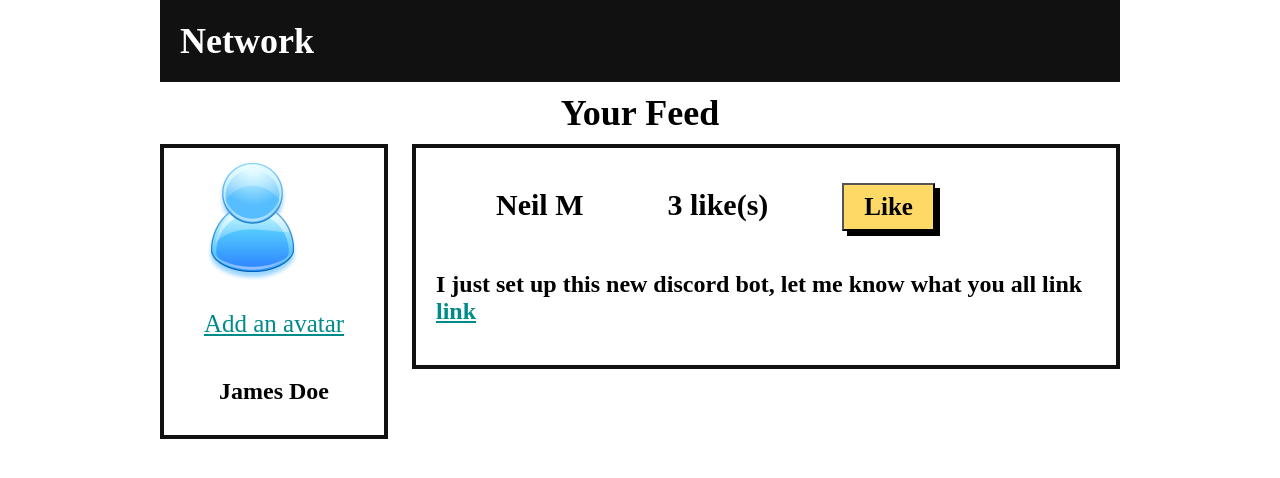
Repository: Blender20/liking_likes
Page: index.html
The author's editor kept a copy of each file at every save. The page is drawn from the files as they stood at one save, then again after the next save.
The browser window is 1280 px wide. The pictures show the whole page.
Some web fonts or font styles are not loaded; a fallback is used.

Above is the page before, as saved 2022-03-30 11:51:38.

### index.html
<!DOCTYPE html>
<html lang="en">

<head>
  <meta charset="UTF-8">
  <meta http-equiv="X-UA-Compatible" content="IE=edge">
  <meta name="viewport" content="width=device-width, initial-scale=1.0">
  <link rel="stylesheet" href="style.css">
  <title>Document</title>
</head>

<body>
  <nav>
    <h1>Network</h1>
  </nav>
  <div class="feed">
    <h1>Your Feed</h1>
  </div>
  <div class="container flex">
    <div class="leftColumn">
      <div class="img">
        <img src="./user.png" alt="user icon">
      </div>

      <div class="addAvatar"><a href="#">Add an avatar</a>
      </div>
      <div class="userInput">
        <h2>James Doe</h2>
      </div>
    </div>

    <div class="rightColumn">
      <h3>Neil M</h3>
      <h3><span id="likeCount">3</span> like(s)</h3>
      <button onclick="addLike()" id="like">Like</button>

      <div class="text-box">
        <h2>I just set up this new discord bot, let me know what you all link <a href="#">link</a></h2>
      </div>
    </div>
  </div>


  <script src="script.js"></script>
</body>

</html>

### style.css
@import url("https://fonts.googleapis.com/css2?family=Balsamiq+Sans:ital,wght@0,400;0,700;1,700&display=swap");
* {
  padding: 0;
  margin: 0;
  box-sizing: border-box;
  font-family: "Balsamiq Sans", cursive;
}

.flex {
  display: flex;
  justify-content: space-between;
  align-self: center;
  gap: 1.5em;
}
nav {
  min-height: 70px;
  background-color: #111;
  display: block;
  width: 75%;
  margin: 0 auto;

  color: #fff;
  font-family: "balsamiq Sans";
  padding: 10px;
}
.container {
  margin: 0 auto;
  width: 75%;
}

.leftColumn {
  border: 4px solid #111;
  /* margin-top: 50px; */
  flex: 1;
  margin: 0 auto;
}

.rightColumn {
  border: 4px solid #111;
  /* justify-content: space-between; */
  /* align-items: center; */
  flex: 3;
  padding: 20px;
  height: 225px;
}

h1 {
  font-size: 36px;
  padding: 10px;
}
h2 {
  /* display:inline-block */
  font-size: ;
}
h3 {
  font-size: 30px;
  display: inline;
  padding-left: 40px;
  margin: 20px;
  text-align: end;
}
.feed {
  text-align: center;
  justify-content: center;
}
.text-box {
  margin-top: 40px;
}
a {
  color: darkcyan;
}

#like {
  background-color: #ffd966;
  padding: 8px 20px;
  margin-top: 15px;
  margin-left: 50px;
  font-weight: 900;
  font-size: 25px;
  box-shadow: 5px 5px;
}
.avatar {
  text-align: center;
}
.addAvatar {
  margin-top: 20px;
  text-align: center;
  font-size: 25px;
}
.userInput {
  text-align: center;
  margin-top: 40px;
  margin-bottom: 30px;
}
.img {
  margin-top: 10px;
  margin-left: 25px;
}
.right-rows {
  flex-direction: column;
  flex: 1;
}

### script.js
var likeCount = document.querySelector('#likeCount')
console.log(likeCount)
function addLike() {

  likeCount.innerText++;

}

After the next save:
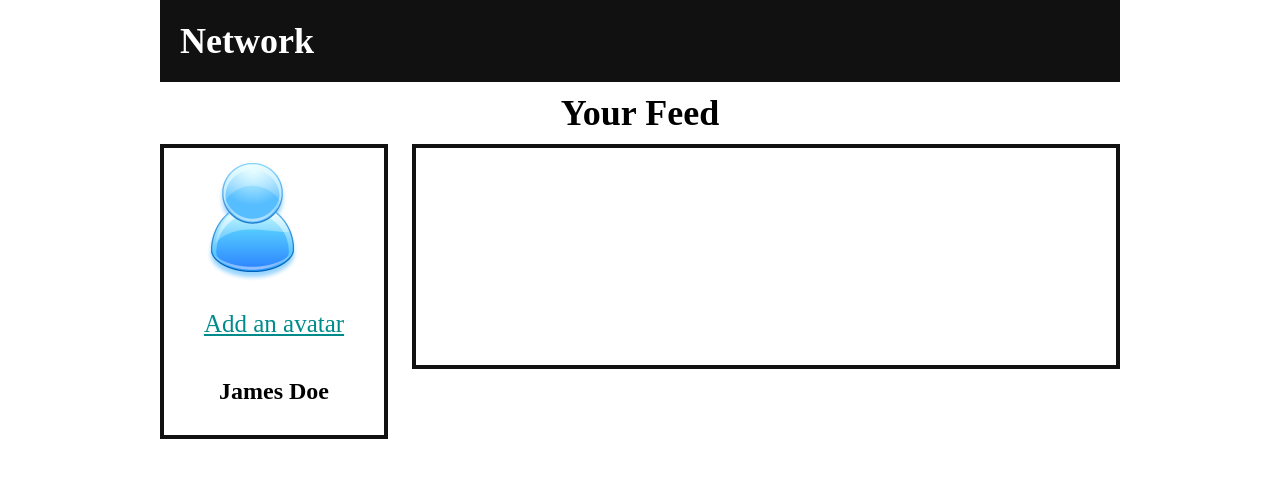
Saved 54 s later.
--- a/index.html
+++ b/index.html
@@ -30,13 +30,7 @@
     </div>
 
     <div class="rightColumn">
-      <h3>Neil M</h3>
-      <h3><span id="likeCount">3</span> like(s)</h3>
-      <button onclick="addLike()" id="like">Like</button>
 
-      <div class="text-box">
-        <h2>I just set up this new discord bot, let me know what you all link <a href="#">link</a></h2>
-      </div>
     </div>
   </div>
 
